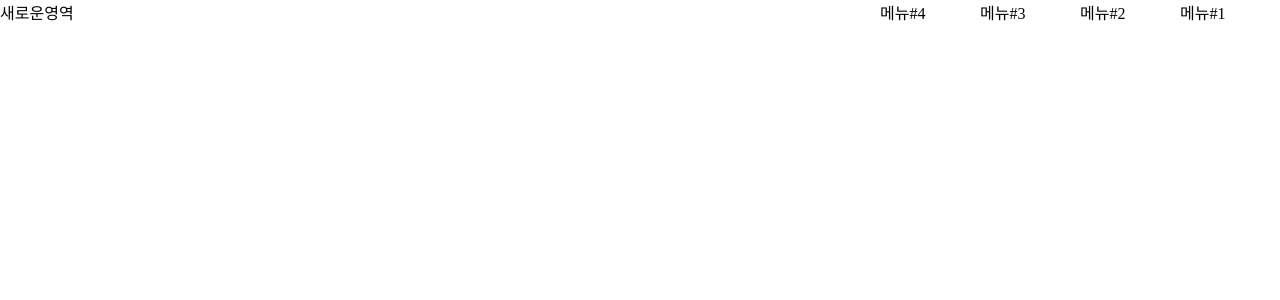
Repository: gyetol/web
Page: 4_11_web/CSS/WebContent/index.html
An editor plug-in stored every save of this project. The page is shown before and after the next save, followed by the edit.
The browser window is 1280 px wide. The pictures show the whole page.

Above is the page before, as saved 2020-04-11 07:48:14.

### 4_11_web/CSS/WebContent/index.html
<!DOCTYPE html>
<html lang="en">
<head>
    <meta charset="UTF-8">
    <title>gg</title>
    <link rel="stylesheet" href="css/style.css">
</head>
<body>
<div>
<span>메뉴#1</span>
<span>메뉴#2</span>
<span>메뉴#3</span>
<span>메뉴#4</span>
</div>
<div>
새로운영역
</div>



</body>
</html>

### 4_11_web/CSS/WebContent/css/style.css
body{
	margin:0;
	padding:0;

}

div.navi::before, div.navi::after {content:''; display:block; clear:both;}


span{
	float:right;
	display:block;
	width:100px;
}

After the next save:
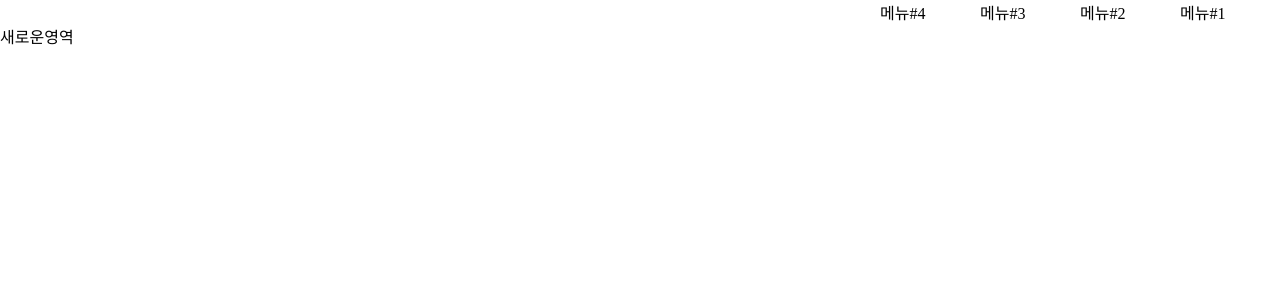
Saved 12 s later.
--- a/4_11_web/CSS/WebContent/index.html
+++ b/4_11_web/CSS/WebContent/index.html
@@ -6,7 +6,7 @@
     <link rel="stylesheet" href="css/style.css">
 </head>
 <body>
-<div>
+<div class="navi">
 <span>메뉴#1</span>
 <span>메뉴#2</span>
 <span>메뉴#3</span>
